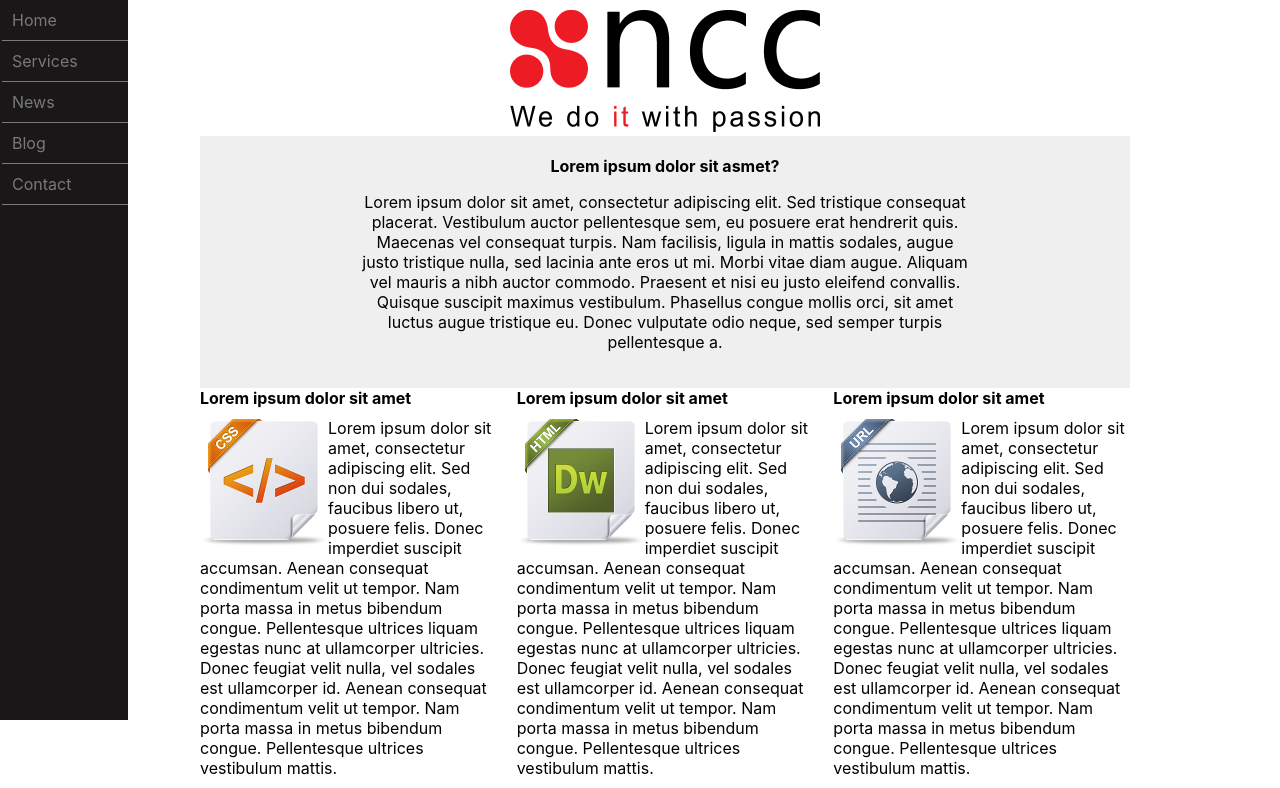
Repository: nganha241/testt
Page: /
An editor plug-in stored every save of this project. The page is shown before and after the next save, followed by the edit.
The browser window is 1280 px wide. The pictures show the whole page.
The project was rebuilt for these pictures with package versions that can differ from the ones it lists, and the page was loaded fresh each time.

Above is the page before, as saved 2023-02-28 11:44:10.

### src/App.js
import React from "react";
import Home from "./pages/Home";
import Navbar from "./pages/Navbar/Navbar";

export const App = () => {
  return (
    <div>
      <Navbar />
      <Home />
    </div>
  );
};

export default App;

### src/pages/Home.jsx
import logo from "./logoNCC.png";
import "./home.css";
import Card from "./home-card/Card";
import htmlic from "./html-icon.png";
import urlic from "./url-icon.png";
import cssic from "./css-icon.png";
const Home = () => {
  return (
    <section className="home">
      <div className="home-title">
        <img src={logo} alt="" />
      </div>
      <div className="home-content">
        <div className="content-title">Lorem ipsum dolor sit asmet?</div>
        <p>
          Lorem ipsum dolor sit amet, consectetur adipiscing elit. Sed tristique
          consequat placerat. Vestibulum auctor pellentesque sem, eu posuere
          erat hendrerit quis. Maecenas vel consequat turpis. Nam facilisis,
          ligula in mattis sodales, augue justo tristique nulla, sed lacinia
          ante eros ut mi. Morbi vitae diam augue. Aliquam vel mauris a nibh
          auctor commodo. Praesent et nisi eu justo eleifend convallis. Quisque
          suscipit maximus vestibulum. Phasellus congue mollis orci, sit amet
          luctus augue tristique eu. Donec vulputate odio neque, sed semper
          turpis pellentesque a.
        </p>
      </div>
      <div className="home-card">
        <Card icon={cssic} />
        <Card icon={htmlic} />
        <Card icon={urlic} />
      </div>
    </section>
  );
};

export default Home;

### src/pages/Navbar/Navbar.jsx
import React from "react";
import "./Navbar.css";

const Navbar = () => {
  return (
    <div className="nav">
      <ul className="nav-content">
        <li>
          <a href="#">Home</a>
        </li>
        <li>
          <a href="#">Services</a>
        </li>
        <li>
          <a href="#">News</a>
        </li>
        <li>
          <a href="#">Blog</a>
        </li>
        <li>
          <a href="#">Contact</a>
        </li>
      </ul>
    </div>
  );
};

export default Navbar;

### src/pages/home.css
.home {
  margin: 0 auto;
  padding: 10px 150px 10px 200px;
}
.home-title {
  text-align: center;
}
.home-content {
  text-align: center;
  background: #efefef;
  padding: 20px 160px;
  font-size: 16px;
}
.content-title {
  font-weight: bold;
}
.home-card {
  display: flex;
  gap: 20px;
}

### src/pages/home-card/Card.jsx
import React from "react";

import "./Card.css";

const Card = (props) => {
  const { icon } = props;
  return (
    <div className="card">
      <div className="card-title">Lorem ipsum dolor sit amet</div>
      <div className="card-content">
        <img src={icon} alt="" />
        <span className="card-text">
          Lorem ipsum dolor sit amet, consectetur adipiscing elit. Sed non dui
          sodales, faucibus libero ut, posuere felis. Donec imperdiet suscipit
          accumsan. Aenean consequat condimentum velit ut tempor. Nam porta
          massa in metus bibendum congue. Pellentesque ultrices liquam egestas
          nunc at ullamcorper ultricies. Donec feugiat velit nulla, vel sodales
          est ullamcorper id. Aenean consequat condimentum velit ut tempor. Nam
          porta massa in metus bibendum congue. Pellentesque ultrices vestibulum
          mattis.
        </span>
      </div>
    </div>
  );
};

export default Card;

### src/pages/Navbar/Navbar.css
.nav {
  position: fixed;
  top: 0;
  left: -38px;
  height: 100%;
  background: #191718;
}
.nav-content {
  margin-top: 0px;
  color: #aaaa;
}
.nav-content li {
  border-bottom: 1px solid;
  list-style-type: none;
  padding: 10px 50px 10px 10px;
}

.nav-content li:hover {
  background: #5c5c5c;
}
.nav-content li a {
  color: #aaaa;
  text-decoration: none;
}
.nav-content li:hover a:hover {
  color: #fff;
}

### src/pages/home-card/Card.css
.card-title {
  font-weight: bold;
  margin-bottom: 10px;
}
/* .card-content {
  display: flex;
} */
.card-content img {
  width: 128px;
  height: 128px;
  object-fit: cover;
  float: left;
}

.card-text {
  margin-top: 10px;
  text-align: left;
  font-size: 16px;
}

Loaded but not shown: public/index.html (common file); src/index.js (common file); src/index.css (common file)

After the next save:
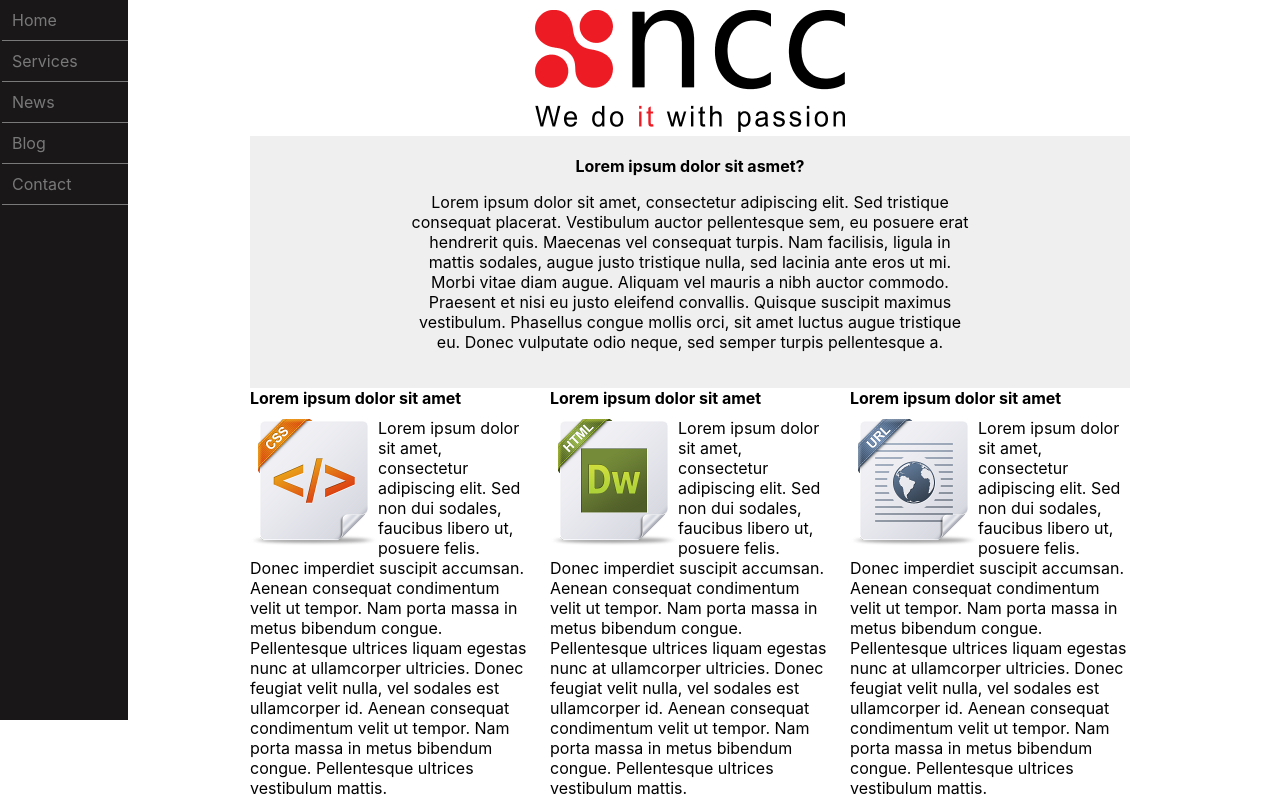
Saved 22 s later.
--- a/src/pages/home.css
+++ b/src/pages/home.css
@@ -1,6 +1,6 @@
 .home {
   margin: 0 auto;
-  padding: 10px 150px 10px 200px;
+  padding: 10px 150px 10px 250px;
 }
 .home-title {
   text-align: center;
